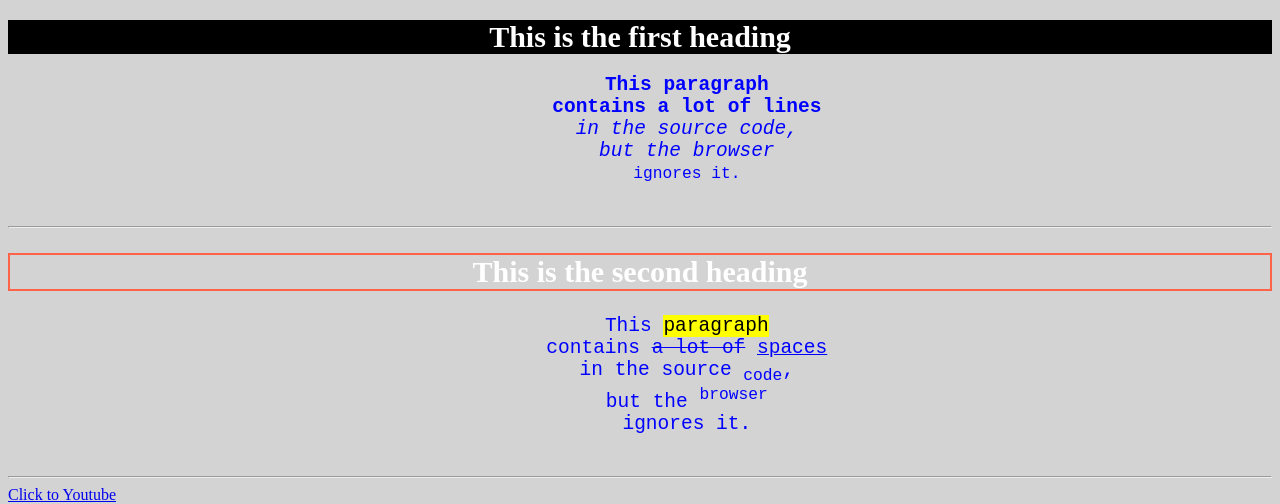
Repository: zRush1202/LoginPage-demo
Page: ex_html/index.html
These files come from the project's save history. The page is drawn as it stood at one moment and after the next save; the edit follows.
The browser window is 1280 px wide. The pictures show the part of the page from y = 0 to 504 px (the page is 777 px tall).
Pictures or frames that could not be fetched are drawn as grey boxes.

Above is the page before, as saved 2023-09-06 17:24:31.

After the next save:
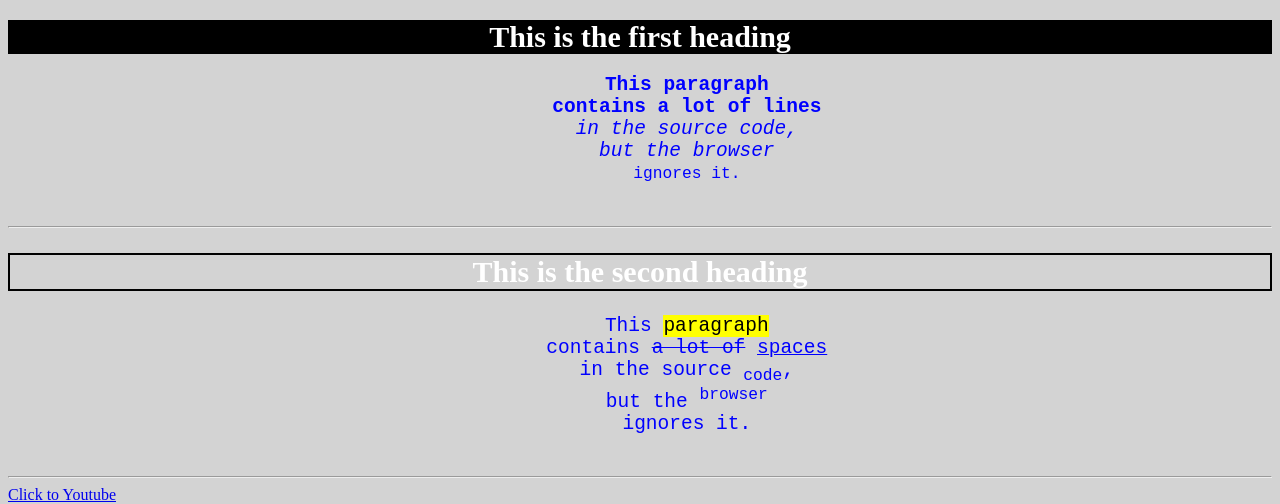
Saved 15 s later.
--- a/ex_html/index.html
+++ b/ex_html/index.html
@@ -15,7 +15,7 @@
         <small>ignores it.</small>
     </pre>
     <hr>
-    <h2 style="color:white; border: 2px solid tomato; text-align: center; font-size: 30px; font-family: 'Times New Roman', Times, serif;">This is the second heading</h2>
+    <h2 style="color:white; border: 2px solid black; text-align: center; font-size: 30px; font-family: 'Times New Roman', Times, serif;">This is the second heading</h2>
     <pre style="color: blue; text-align: center; font-size: 150%;">
         This <mark>paragraph</mark>
         contains <del>a lot of</del> <ins>spaces</ins>
